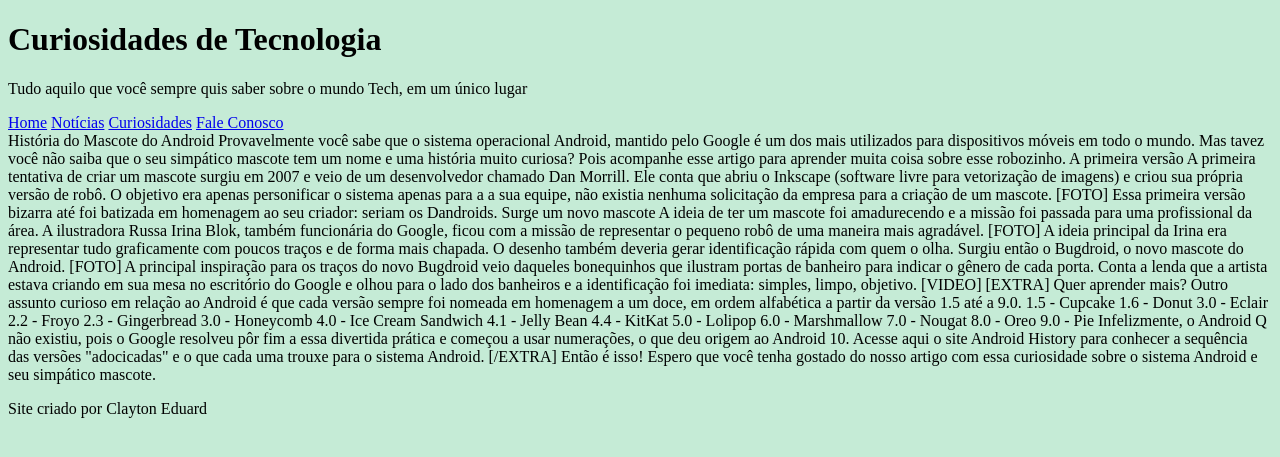
Repository: ClaytonEduard/cursoemvideo
Page: html-css/desafios/d010/android.html
These files come from the project's save history. The page is drawn as it stood at one moment and after a run of saves; the edit follows.
The browser window is 1280 px wide. The pictures show the whole page.

Above is the page before, as saved 2022-12-02 09:04:17.

### html-css/desafios/d010/android.html
<!DOCTYPE html>
<html lang="pt-br">

<head>
    <meta charset="UTF-8">
    <meta http-equiv="X-UA-Compatible" content="IE=edge">
    <meta name="viewport" content="width=device-width, initial-scale=1.0">
    <title>Como surgiu o mascote do Android?</title>
    <link rel="shortcut icon" href="imagens/favicon.ico" type="image/x-icon">
    <link rel="stylesheet" href="estilo/style.css">
</head>

<body>
    <header>
        <h1>Curiosidades de Tecnologia</h1>
        <p>Tudo aquilo que você sempre quis saber sobre o mundo Tech, em um único lugar</p>
    </header>
    <nav>
        <a href="#">Home</a>
        <a href="#">Notícias</a>
        <a href="#">Curiosidades</a>
        <a href="#">Fale Conosco</a>
    </nav>
    <main>
        <article>
            História do Mascote do Android

            Provavelmente você sabe que o sistema operacional Android, mantido pelo Google é um dos mais utilizados para
            dispositivos móveis em todo o mundo. Mas tavez você não saiba que o seu simpático mascote tem um nome e uma
            história muito curiosa? Pois acompanhe esse artigo para aprender muita coisa sobre esse robozinho.

            A primeira versão

            A primeira tentativa de criar um mascote surgiu em 2007 e veio de um desenvolvedor chamado Dan Morrill. Ele
            conta que abriu o Inkscape (software livre para vetorização de imagens) e criou sua própria versão de robô.
            O objetivo era apenas personificar o sistema apenas para a a sua equipe, não existia nenhuma solicitação da
            empresa para a criação de um mascote.

            [FOTO]

            Essa primeira versão bizarra até foi batizada em homenagem ao seu criador: seriam os Dandroids.

            Surge um novo mascote

            A ideia de ter um mascote foi amadurecendo e a missão foi passada para uma profissional da área. A
            ilustradora Russa Irina Blok, também funcionária do Google, ficou com a missão de representar o pequeno robô
            de uma maneira mais agradável.

            [FOTO]

            A ideia principal da Irina era representar tudo graficamente com poucos traços e de forma mais chapada. O
            desenho também deveria gerar identificação rápida com quem o olha. Surgiu então o Bugdroid, o novo mascote
            do Android.

            [FOTO]

            A principal inspiração para os traços do novo Bugdroid veio daqueles bonequinhos que ilustram portas de
            banheiro para indicar o gênero de cada porta. Conta a lenda que a artista estava criando em sua mesa no
            escritório do Google e olhou para o lado dos banheiros e a identificação foi imediata: simples, limpo,
            objetivo.

            [VIDEO]

            [EXTRA] Quer aprender mais?

            Outro assunto curioso em relação ao Android é que cada versão sempre foi nomeada em homenagem a um doce, em
            ordem alfabética a partir da versão 1.5 até a 9.0.

            1.5 - Cupcake
            1.6 - Donut
            3.0 - Eclair
            2.2 - Froyo
            2.3 - Gingerbread
            3.0 - Honeycomb
            4.0 - Ice Cream Sandwich
            4.1 - Jelly Bean
            4.4 - KitKat
            5.0 - Lolipop
            6.0 - Marshmallow
            7.0 - Nougat
            8.0 - Oreo
            9.0 - Pie

            Infelizmente, o Android Q não existiu, pois o Google resolveu pôr fim a essa divertida prática e começou a
            usar numerações, o que deu origem ao Android 10.

            Acesse aqui o site Android History para conhecer a sequência das versões "adocicadas" e o que cada uma
            trouxe para o sistema Android.
            [/EXTRA]

            Então é isso! Espero que você tenha gostado do nosso artigo com essa curiosidade sobre o sistema Android e
            seu simpático mascote.
        </article>
    </main>
    <footer>
        <p>Site criado por Clayton Eduard</p>
    </footer>
</body>

</html>

### html-css/desafios/d010/estilo/style.css
@charset "UTF-8";

body{
    background-color: #c5ebd6;
}

After the next 2 saves:
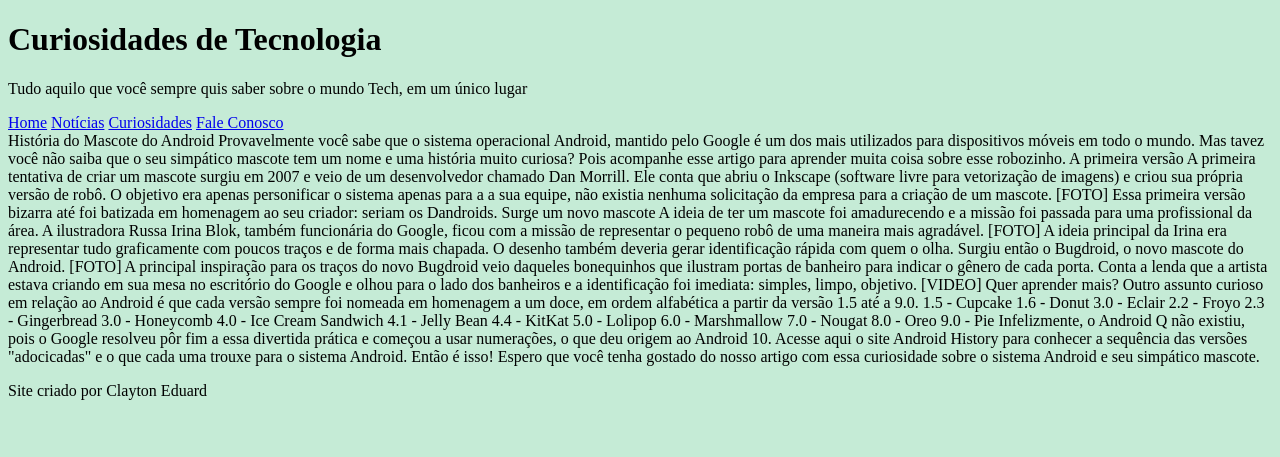
The 2 saves are shown as one change because they came seconds apart.
The last was saved 89 s later.
--- a/html-css/desafios/d010/android.html
+++ b/html-css/desafios/d010/android.html
@@ -61,7 +61,7 @@
 
             [VIDEO]
 
-            [EXTRA] Quer aprender mais?
+           Quer aprender mais?
 
             Outro assunto curioso em relação ao Android é que cada versão sempre foi nomeada em homenagem a um doce, em
             ordem alfabética a partir da versão 1.5 até a 9.0.
@@ -86,7 +86,7 @@
 
             Acesse aqui o site Android History para conhecer a sequência das versões "adocicadas" e o que cada uma
             trouxe para o sistema Android.
-            [/EXTRA]
+
 
             Então é isso! Espero que você tenha gostado do nosso artigo com essa curiosidade sobre o sistema Android e
             seu simpático mascote.
